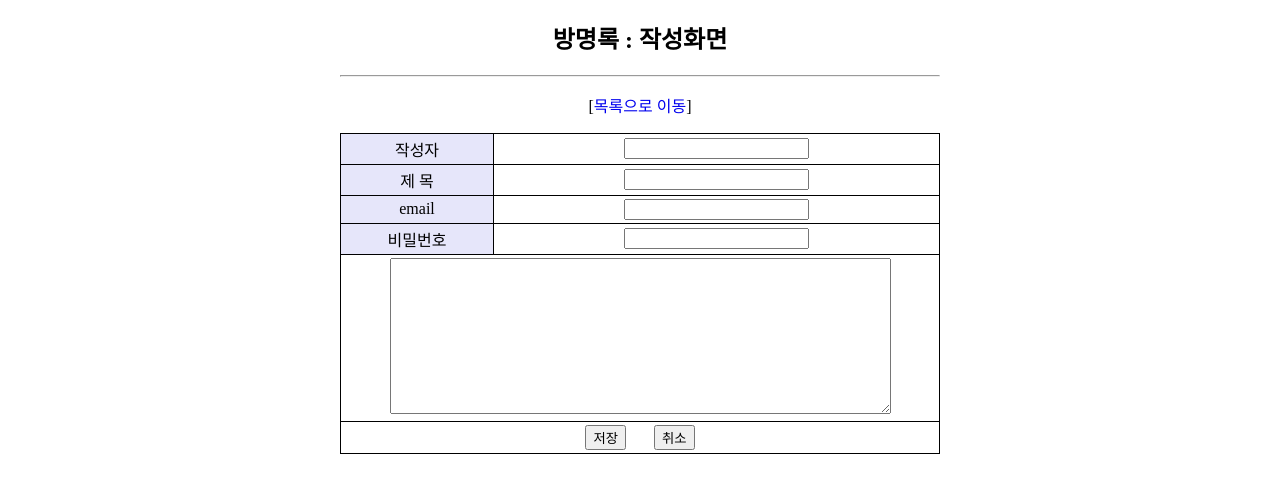
Repository: wjsjsn/23_jspstudy
Page: http://localhost/02_jsp/guestbook/onelist.jsp
The author's editor kept a copy of each file at every save. The page is drawn from the files as they stood at one save, then again after the next save.
The browser window is 1280 px wide. The pictures show the whole page.
The page is served by Tomcat 9. Other server files are loaded and not shown.

Above is the page before, as saved 2023-07-06 06:42:25.

### 02_jsp/src/main/webapp/guestbook/onelist.jsp
<%@ page language="java" contentType="text/html; charset=UTF-8"
    pageEncoding="UTF-8"%>
<!DOCTYPE html>
<html>
<head>
<meta charset="UTF-8">
<title> 방 명 록 </title>
<style type="text/css">
	a { text-decoration: none;}
	table{width: 600px; border-collapse:collapse; text-align: center;}
	table,th,td{border: 1px solid black; padding: 3px}
	div{width: 600px; margin:auto; text-align: center;}
</style>
<script type="text/javascript">
	function save_go(f) {
		f.action="/jsp/GuestController?cmd=write_ok.jsp";
		f.submit();
	}
</script>
</head>
<body>
	<div>
		<h2>방명록 : 작성화면</h2>
		<hr />
		<p>[<a href="/02_jsp/GuestController?cmd=list">목록으로 이동</a>]</p>
		<form method="post">
			<table>
				<tr align="center">
					<td bgcolor="lavender">작성자</td>
					<td><input type="text" name="name" size ="20"/></td>
				</tr>
				<tr align="center">
					<td bgcolor="lavender">제  목</td>
					<td><input type="text" name="subject" size ="20"/></td>
				</tr>
				<tr align="center">
					<td bgcolor="lavender">email</td>
					<td><input type="text" name="email" size ="20"/></td>
				</tr>
				<tr align="center">
					<td bgcolor="lavender">비밀번호</td>
					<td><input type="password" name="pwd" size ="20"/></td>
				</tr>
				<tr align="center">
					<td colspan="2">
						<textarea rows="10" cols="60" name="content"></textarea>
					</td>
				</tr>
				<tfoot>
					<tr align="center">
						<td colspan="2">
							<input type="hidden" value="write_ok" name="cmd">
							<input type="button" value="저장" onclick="save_go(this.form)" />
							&nbsp;&nbsp;&nbsp;&nbsp;&nbsp;
							<input type="reset" value="취소" />
						</td>
					</tr>
				</tfoot>
			</table>
		</form>
	</div>
</body>
</html>

After the next save:
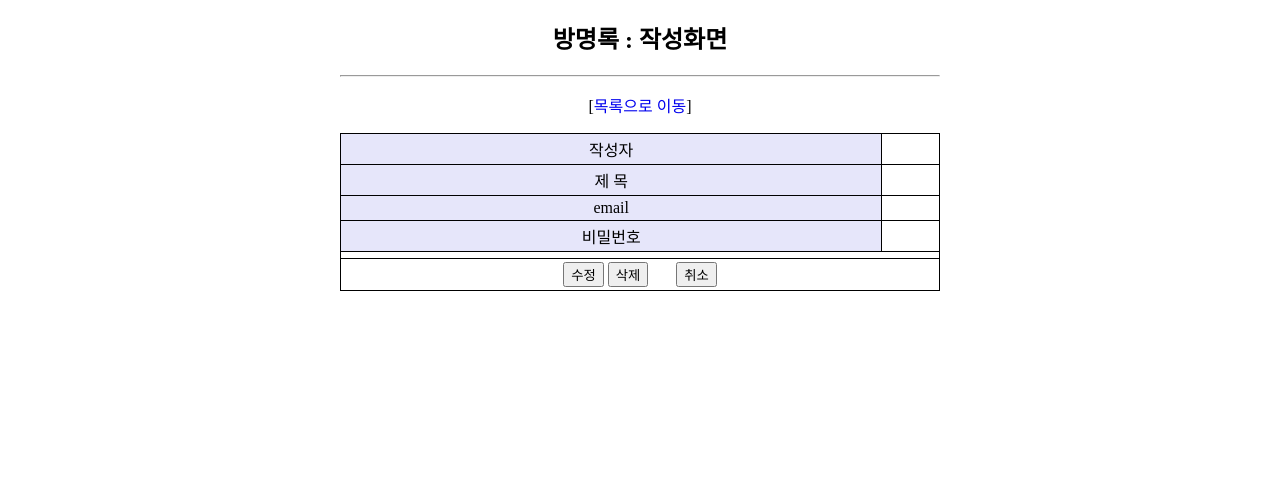
Saved 91 s later.
--- a/02_jsp/src/main/webapp/guestbook/onelist.jsp
+++ b/02_jsp/src/main/webapp/guestbook/onelist.jsp
@@ -13,7 +13,7 @@
 </style>
 <script type="text/javascript">
 	function save_go(f) {
-		f.action="/jsp/GuestController?cmd=write_ok.jsp";
+		f.action="";
 		f.submit();
 	}
 </script>
@@ -27,30 +27,29 @@
 			<table>
 				<tr align="center">
 					<td bgcolor="lavender">작성자</td>
-					<td><input type="text" name="name" size ="20"/></td>
+					<td></td>
 				</tr>
 				<tr align="center">
 					<td bgcolor="lavender">제  목</td>
-					<td><input type="text" name="subject" size ="20"/></td>
+					<td></td>
 				</tr>
 				<tr align="center">
 					<td bgcolor="lavender">email</td>
-					<td><input type="text" name="email" size ="20"/></td>
+					<td></td>
 				</tr>
 				<tr align="center">
 					<td bgcolor="lavender">비밀번호</td>
-					<td><input type="password" name="pwd" size ="20"/></td>
+					<td></td>
 				</tr>
 				<tr align="center">
 					<td colspan="2">
-						<textarea rows="10" cols="60" name="content"></textarea>
 					</td>
 				</tr>
 				<tfoot>
 					<tr align="center">
 						<td colspan="2">
-							<input type="hidden" value="write_ok" name="cmd">
-							<input type="button" value="저장" onclick="save_go(this.form)" />
+							<input type="button" value="수정" onclick="edit_go(this.form)" />
+							<input type="button" value="삭제" onclick="delete_go(this.form)" />
 							&nbsp;&nbsp;&nbsp;&nbsp;&nbsp;
 							<input type="reset" value="취소" />
 						</td>
